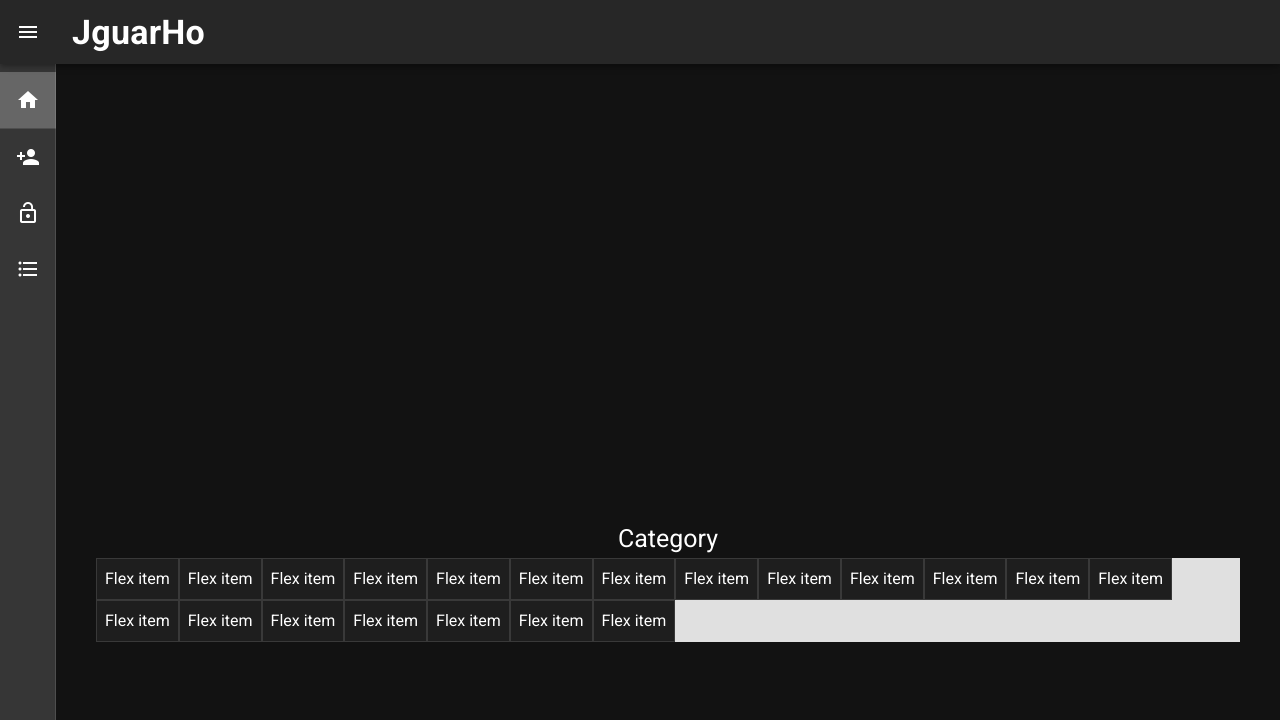
Repository: agent501/MRMS
Page: /
These files come from the project's save history. The page is drawn as it stood at one moment and after the next save; the edit follows.
The browser window is 1280 px wide. The pictures show the whole page.
The page's requests for data from a server got no answer. The project was rebuilt for these pictures with package versions that can differ from the ones it lists, and the page was loaded fresh each time. No one was signed in, and anything a server would have sent is missing. Also part of the build but not shown: vue.config.js, src/components/Product/products.vue, src/components/Product/product.vue, src/components/Product/createproduct.vue, src/components/User/signin.vue, src/components/User/signup.vue, src/components/User/profile.vue, src/components/Shared/Alert.vue and 2 more. Imported but missing from the stored project, and not drawn on this page: src/router/auth-guard.js.

Above is the page before, as saved 2020-08-05 11:14:04.

After the next save:
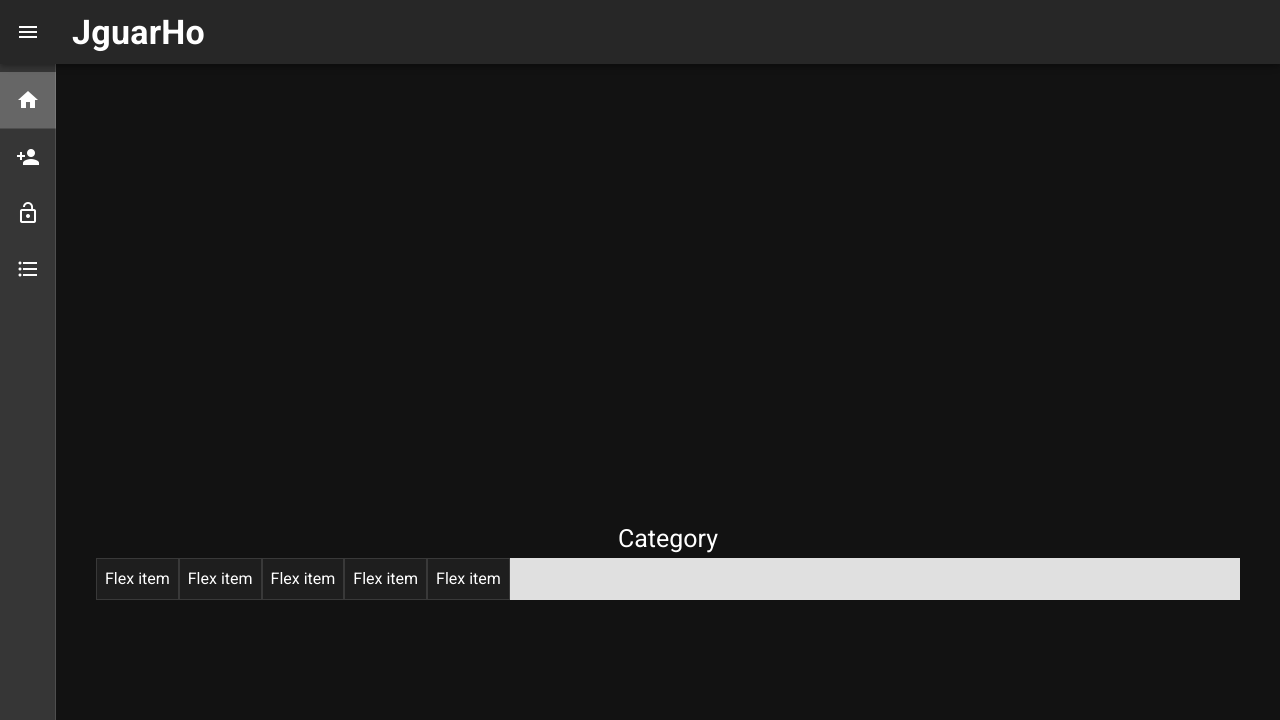
Saved 25 s later.
--- a/src/components/Home.vue
+++ b/src/components/Home.vue
@@ -37,7 +37,7 @@
       <div class="mt-10 text-center" style="font-size:25px">Category</div>
       <div>
         <v-card class="d-flex flex-wrap" color="grey lighten-2" flat tile>
-          <v-card v-for="n in 20" :key="n" class="pa-2" outlined tile>Flex item</v-card>
+          <v-card v-for="n in 5" :key="n" class="pa-2" outlined tile>Flex item</v-card>
         </v-card>
       </div>
     </div>
